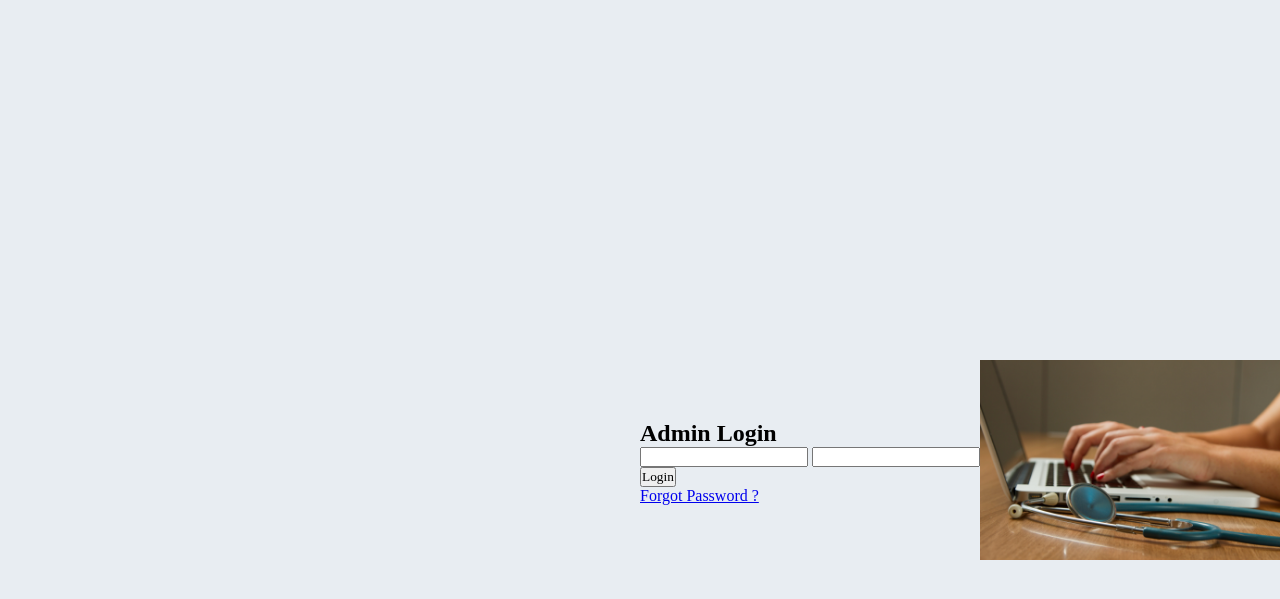
Repository: GauraVPandeyyy/Final-Neuro-dentica
Page: http://localhost/Admin-Panel/login.php
The author's editor kept a copy of each file at every save. The page is drawn from the files as they stood at one save, then again after a run of saves.
The browser window is 1280 px wide. The pictures show the whole page.
The page is run by PHP 8.4 with error messages shown; the project is at /var/www/html/.

Above is the page before, as saved 2024-11-10 19:11:58.

After the next 5 saves:
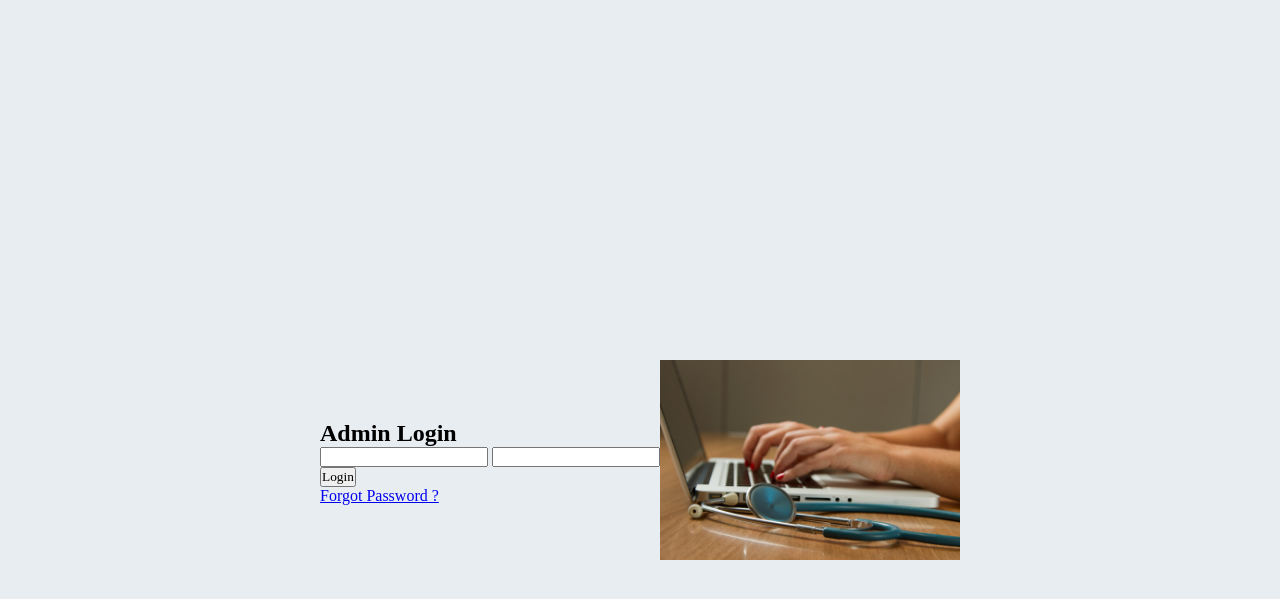
The 5 saves are shown as one change because they came seconds apart.
The last was saved 18 s later.
--- a/Admin-Panel/login.css
+++ b/Admin-Panel/login.css
@@ -14,7 +14,7 @@ body{
     position: absolute;
     top: 50%;
     left: 50%;
-
+    transform: translate(-50%);
     display: flex;
     align-items: center;
     justify-content: center;
